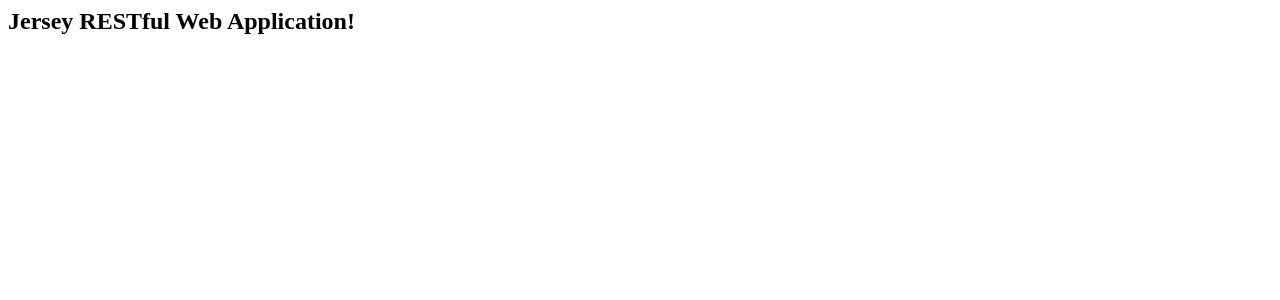
Repository: Vidhya2796/ATPTrainingFoldersJEECloud
Page: http://localhost/emp/
The author's editor kept a copy of each file at every save. The page is drawn from the files as they stood at one save, then again after the next save.
The browser window is 1280 px wide. The pictures show the whole page.
The page is served by Tomcat 9.

Above is the page before, as saved 2018-12-20 09:51:16.

After the next save:
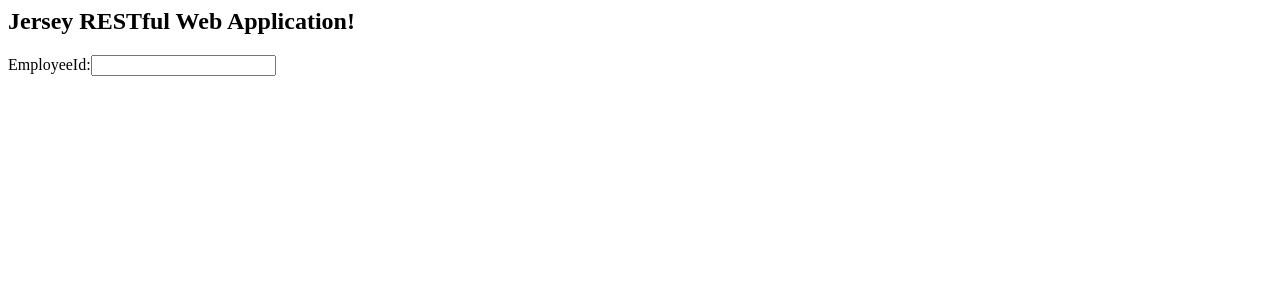
Saved 52 s later.
--- a/SpringREST/emp/src/main/webapp/index.jsp
+++ b/SpringREST/emp/src/main/webapp/index.jsp
@@ -6,7 +6,7 @@
     for more information on Jersey! -->
 
     <form action="employee" method="post">
-
+    	EmployeeId:<input type="text" name="id">
 
 
     </form>
